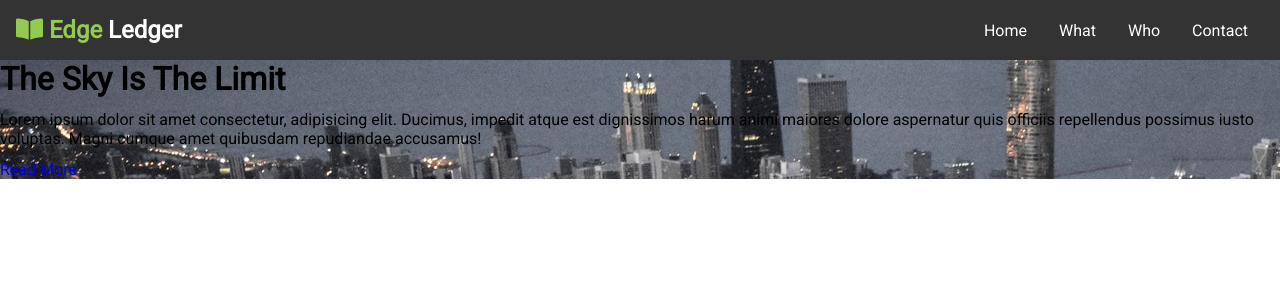
Repository: minhtien9/EdgeLedger-Financial-Web
Page: index.html
These files come from the project's save history. The page is drawn as it stood at one moment and after the next save; the edit follows.
The browser window is 1280 px wide. The pictures show the whole page.

Above is the page before, as saved 2021-08-16 21:50:55.

After the next save:
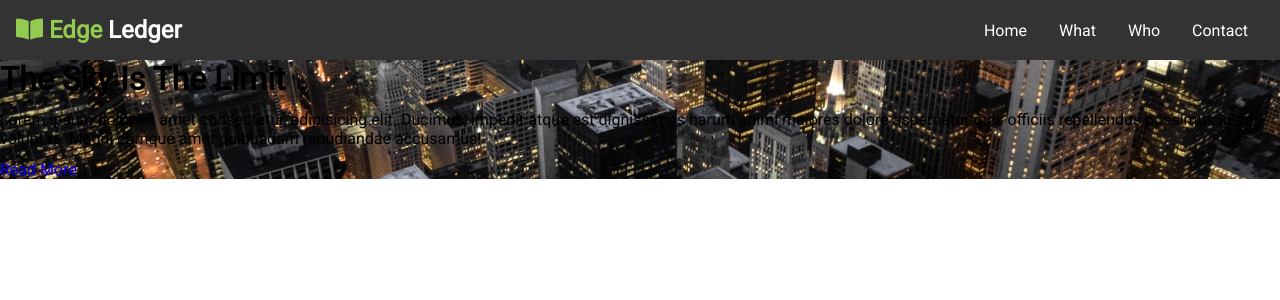
Saved 14 s later.
--- a/css/style.css
+++ b/css/style.css
@@ -59,5 +59,5 @@
 /* Showcase */
 
 #showcase {
-    background: #333 url('../img/showcase.jpg');
+    background: #333 url('../img/showcase.jpg') no-repeat center center/cover;
 }
